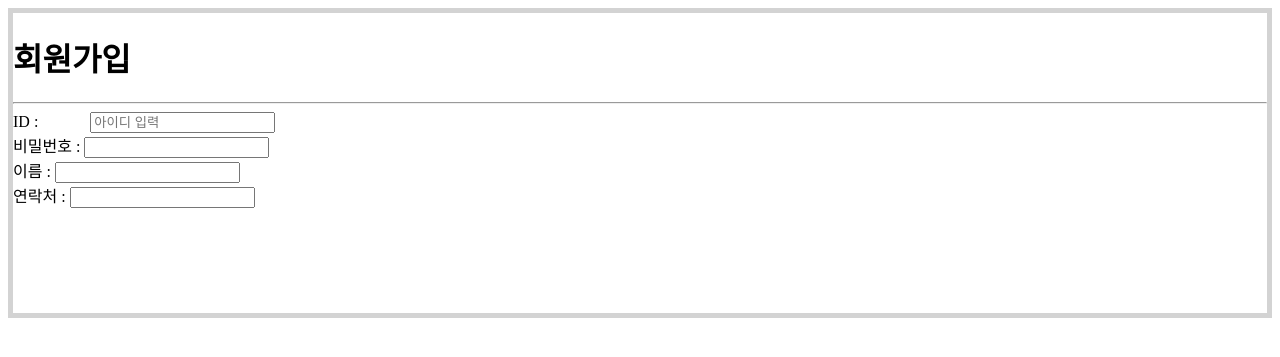
Repository: dychung1021/newrepository
Page: http://localhost/JSP05/
An editor plug-in stored every save of this project. The page is shown before and after the next save, followed by the edit.
The browser window is 1280 px wide. The pictures show the whole page.
The page is served by Tomcat 9.

Above is the page before, as saved 2024-05-10 02:46:49.

### JSP/JSP05/src/main/webapp/index.jsp
<%@ page language="java" contentType="text/html; charset=utf-8"
    pageEncoding="utf-8"%>
<!DOCTYPE html>
<html>
	<head>
		<meta charset="utf-8">
		<title>간단한 회원가입</title>
		<style>
			#wrap{
				width:300 px;
				border:5px solid lightgray;
				height : 300px;
				margin : 0 auto;

				}
				input[name="id"]{
					margin-left:48px;
				}
		</style>
	</head>
	<body>
		<div id="wrap">
			<form method="get" action="">
				<h1> 회원가입 </h1>
				<hr>
				ID : <input type="text" name="id" placeholder="아이디 입력"><br>
				비밀번호 : <input type="password" name="pw"><br>
				이름 : <input type="text" name="nm"><br>
				연락처 : <input type="text" name="phone"><br>

			</form>

		</div>
	</body>
</html>

After the next save:
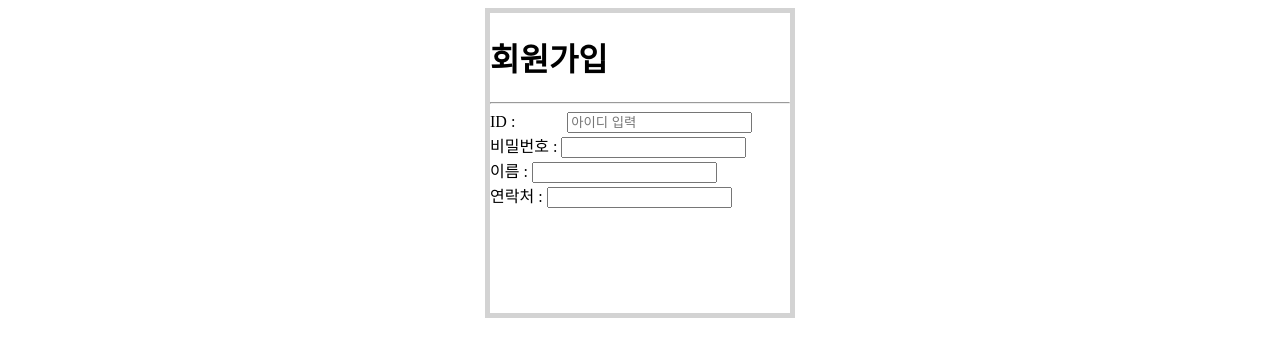
Saved 66 s later.
--- a/JSP/JSP05/src/main/webapp/index.jsp
+++ b/JSP/JSP05/src/main/webapp/index.jsp
@@ -7,7 +7,7 @@
 		<title>간단한 회원가입</title>
 		<style>
 			#wrap{
-				width:300 px;
+				width:300px;
 				border:5px solid lightgray;
 				height : 300px;
 				margin : 0 auto;
